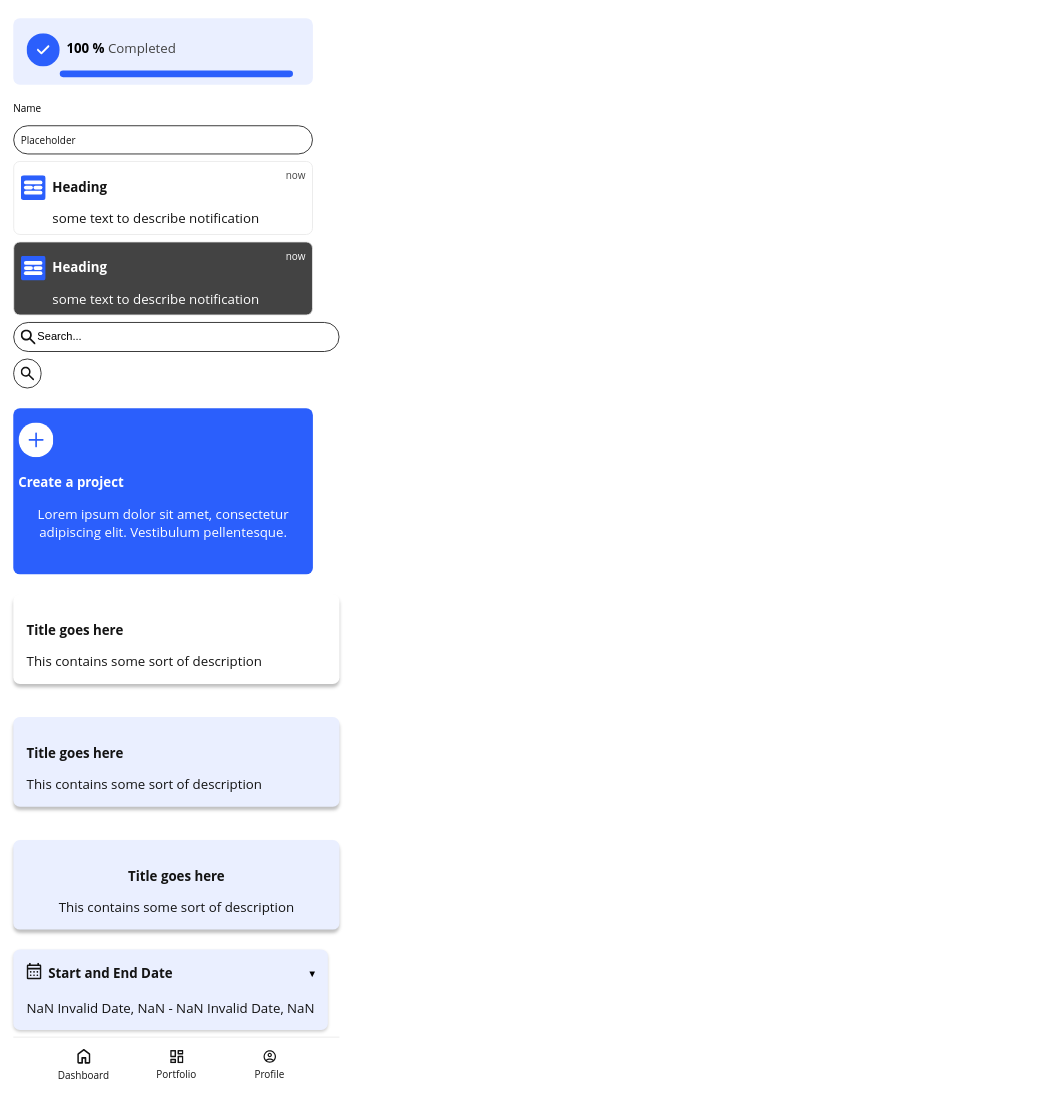
Repository: brunaguarizo/mosaic_app
Page: /
These files come from the project's save history. The page is drawn as it stood at one moment and after the next save; the edit follows.
The browser window is 1280 px wide. The pictures show the whole page, at 83% of full size.
The project was rebuilt for these pictures with package versions that can differ from the ones it lists, and the page was loaded fresh each time. The framework's server and built-in components were replaced by stand-ins that run in the browser. Also part of the build but not shown: next.config.mjs, app/_ui/Button/Button.js, app/_ui/Tag/Tag.js, app/_ui/Project_card/Project_card.js, app/_ui/Date_PopUp/Date_PopUp.module.css, app/_ui/Date_PopUp/Date_PopUp.js.

Above is the page before, as saved 2025-04-18 20:38:00.

After the next save:
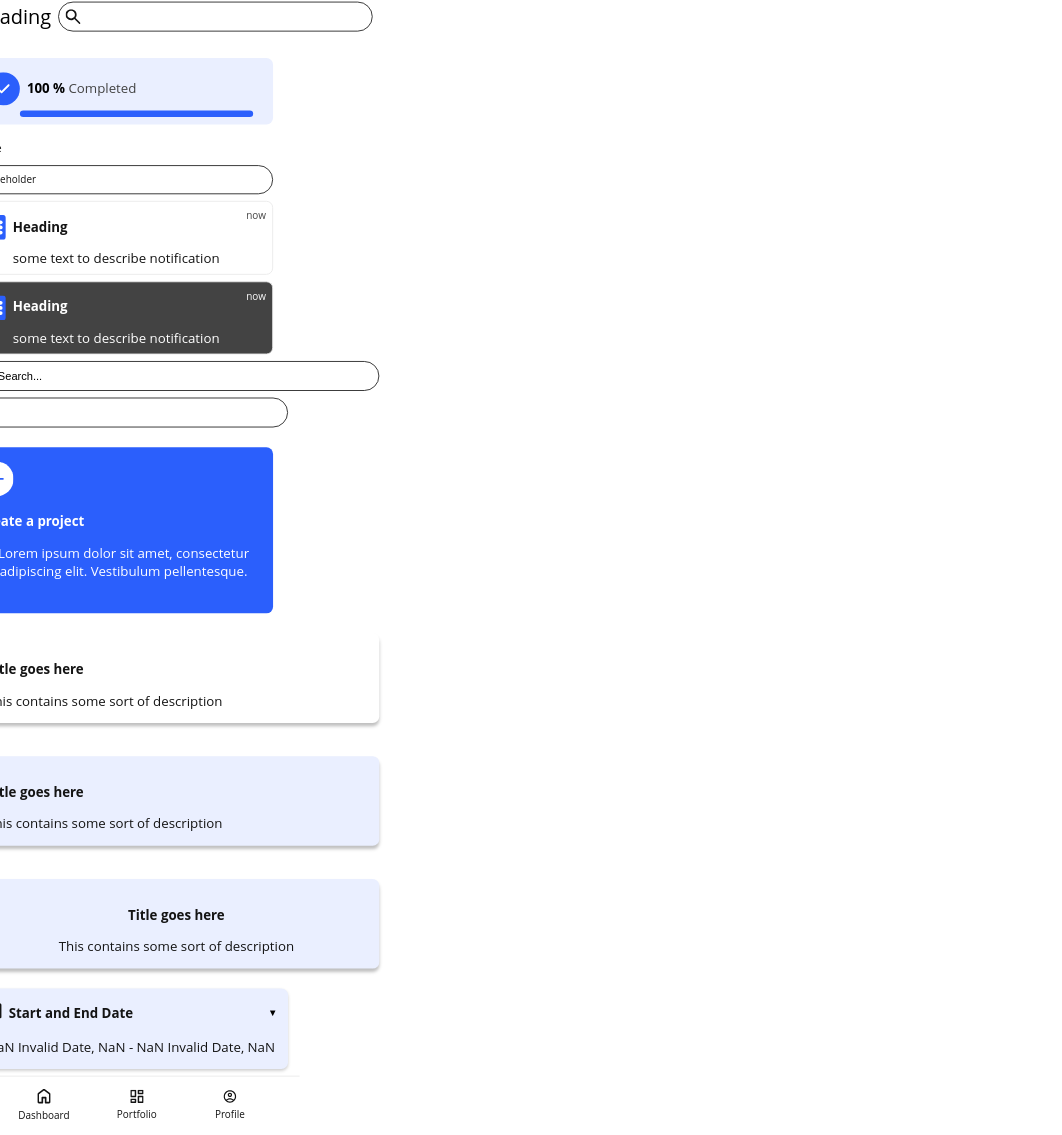
Saved 37 s later.
--- a/app/_ui/Search_Bar/Search_Bar.module.css
+++ b/app/_ui/Search_Bar/Search_Bar.module.css
@@ -10,7 +10,7 @@
 .secondary {
     border: 1px solid var(--black);
     border-radius: var(--border-radius-large);
-    width: var(--space-regular);
+    width: 361px;
 }
 
 .visible {

After the save that followed:
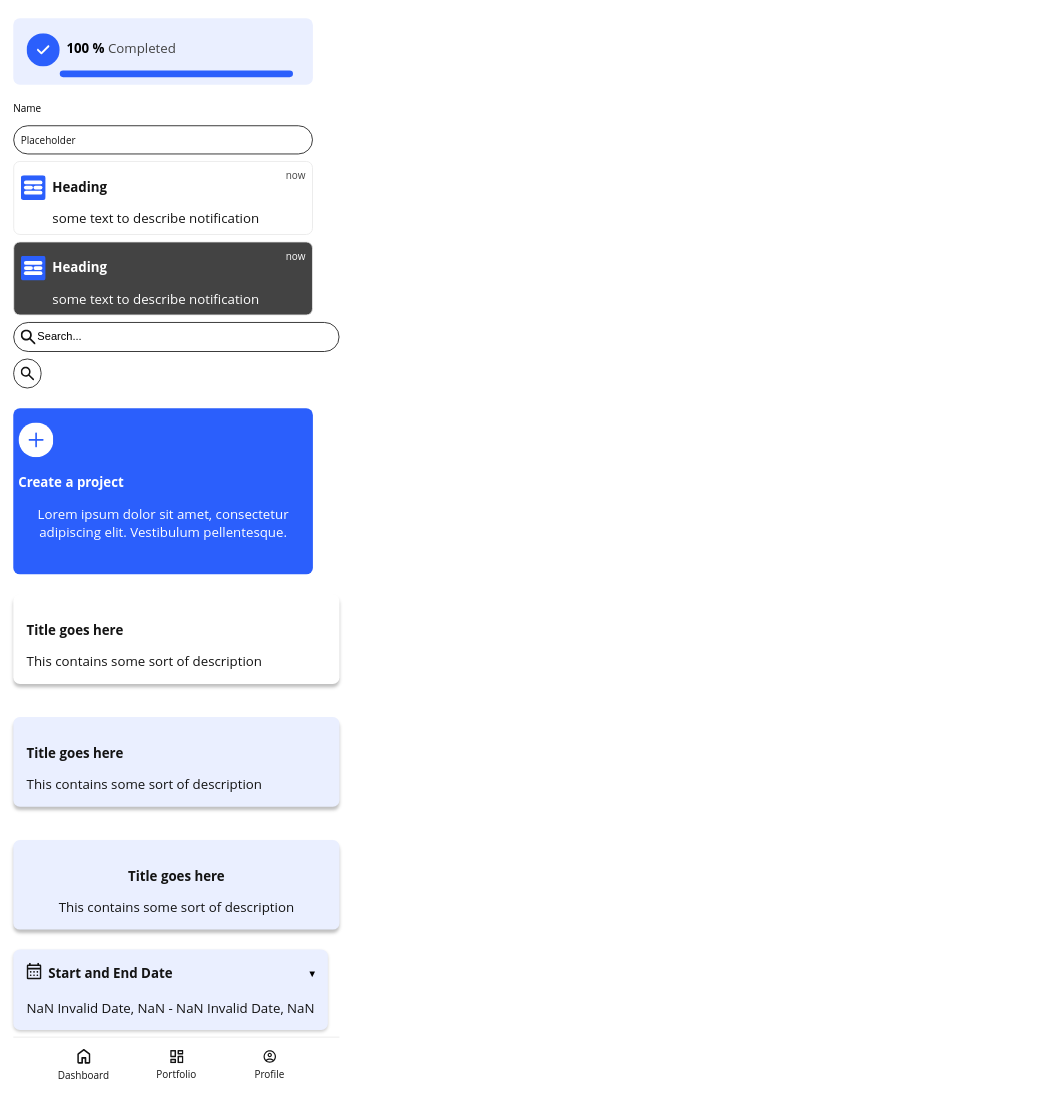
Saved 9 s later.
--- a/app/_ui/Search_Bar/Search_Bar.module.css
+++ b/app/_ui/Search_Bar/Search_Bar.module.css
@@ -10,7 +10,7 @@
 .secondary {
     border: 1px solid var(--black);
     border-radius: var(--border-radius-large);
-    width: 361px;
+    width: var(--space-regular);
 }
 
 .visible {
